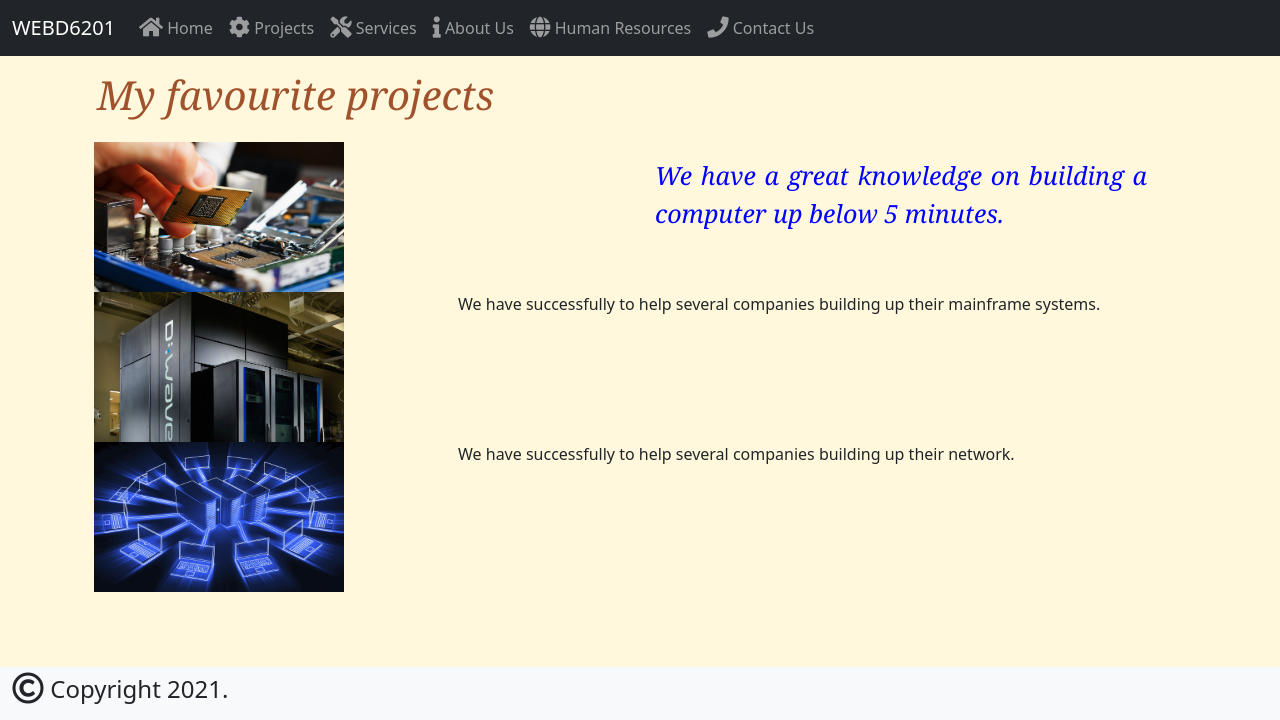
Repository: YiuWingLau/WEBD6201-W2021-Lab1
Page: projects.html
An editor plug-in stored every save of this project. The page is shown before and after the next save, followed by the edit.
The browser window is 1280 px wide. The pictures show the whole page.

Above is the page before, as saved 2021-02-04 21:35:52.

After the next save:
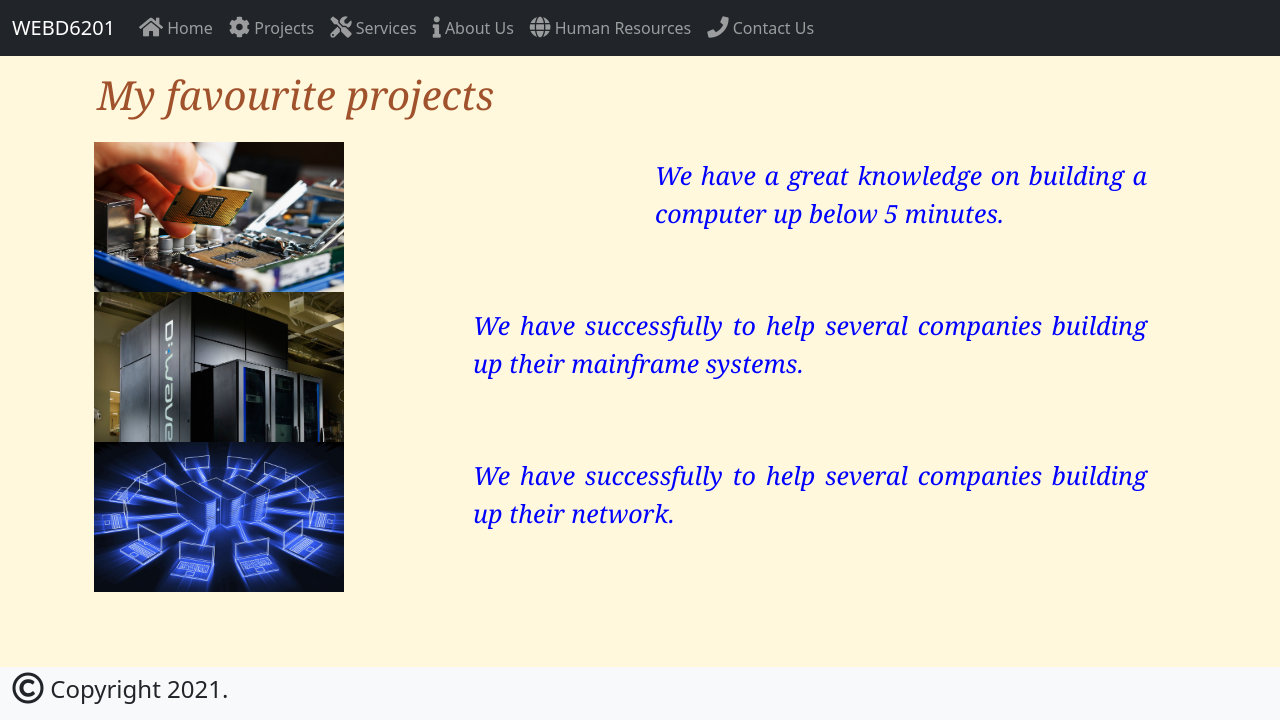
Saved 69 s later.
--- a/Scripts/app.js
+++ b/Scripts/app.js
@@ -87,7 +87,7 @@
       projectTwo.setAttribute("class", "row");
       projectTwo.setAttribute("id", "projectTwo");
       projectTwo.innerHTML = `<div class="row"><div class="col-4"><img id="favImage" src="./images/mainframe.jpg" alt="mainframe development"></div>
-                              <div class="col-8"> We have successfully to help several companies building up their mainframe systems.</div></div><div></div>`;
+                              <div class="col-8"><p> We have successfully to help several companies building up their mainframe systems.</p></div></div><div></div>`;
       project.appendChild(projectTwo);
 
       // create & insert 2nd favorite project detail
@@ -95,7 +95,7 @@
       projectThree.setAttribute("class", "row");
       projectThree.setAttribute("id", "projectThree");
       projectThree.innerHTML = `<div class="row"><div class="col-4"><img id="favImage" src="./images/networking.jpg" alt="computer networking"></div>
-                                <div class="col-8"> We have successfully to help several companies building up their network.</div></div><div></div>`;
+                                <div class="col-8"><p> We have successfully to help several companies building up their network.</p></div></div><div></div>`;
       project.appendChild(projectThree);
     }
 
